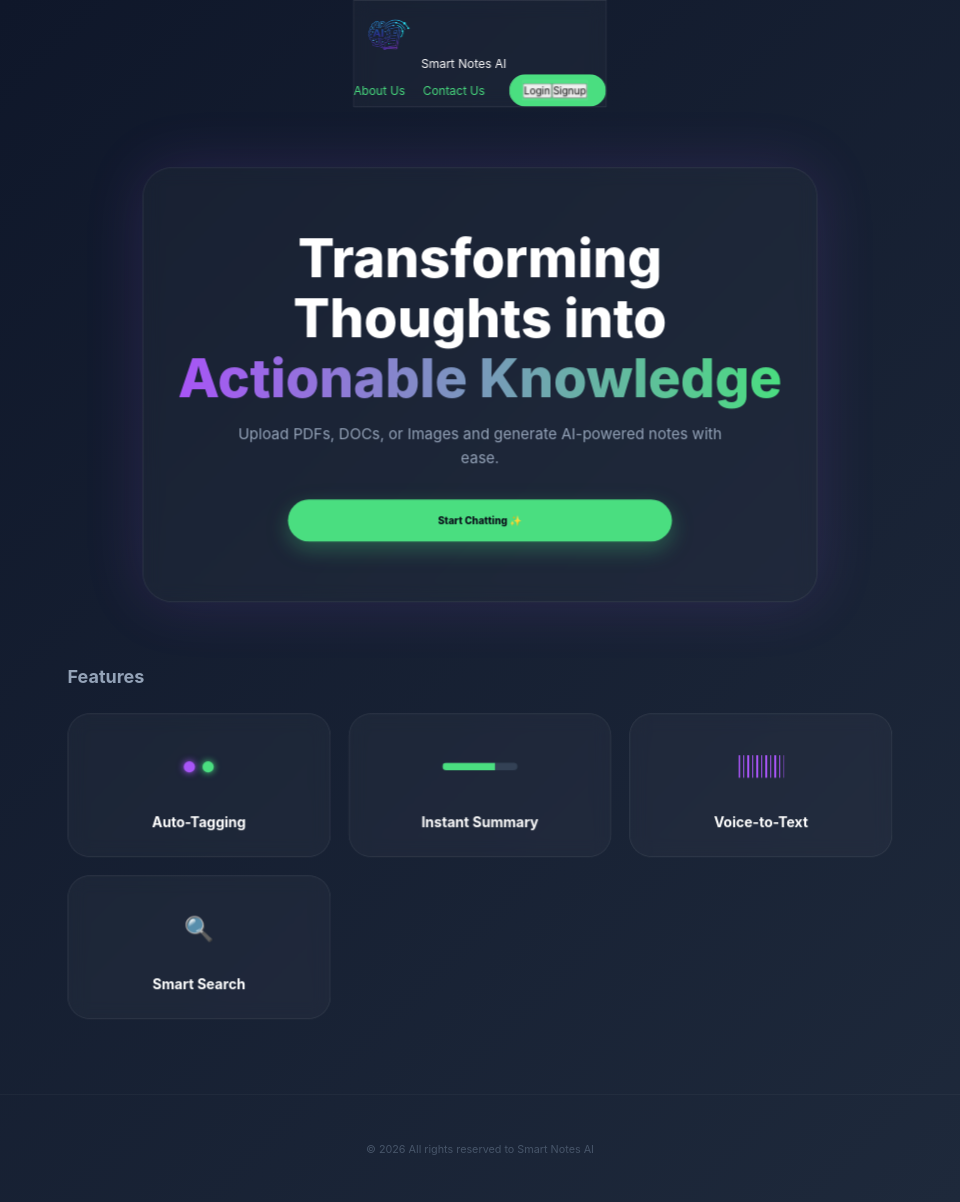
Repository: Nikhilesh-Attal/smart-notes-ai
Page: / (app in frontend/)
These files come from the project's save history. The page is drawn as it stood at one moment and after the next save; the edit follows.
The browser window is 1280 px wide. The pictures show the whole page, at 75% of full size.
The project was rebuilt for these pictures with package versions that can differ from the ones it lists, and the page was loaded fresh each time. Also part of the build but not shown: frontend/vite.config.ts, frontend/src/pages/chat.css, frontend/src/pages/chat.tsx, frontend/src/pages/auth.css, frontend/src/pages/Login.tsx, frontend/src/pages/Signup.tsx, frontend/src/pages/About.tsx.

Above is the page before, as saved 2026-02-24 18:48:23.

After the next save:
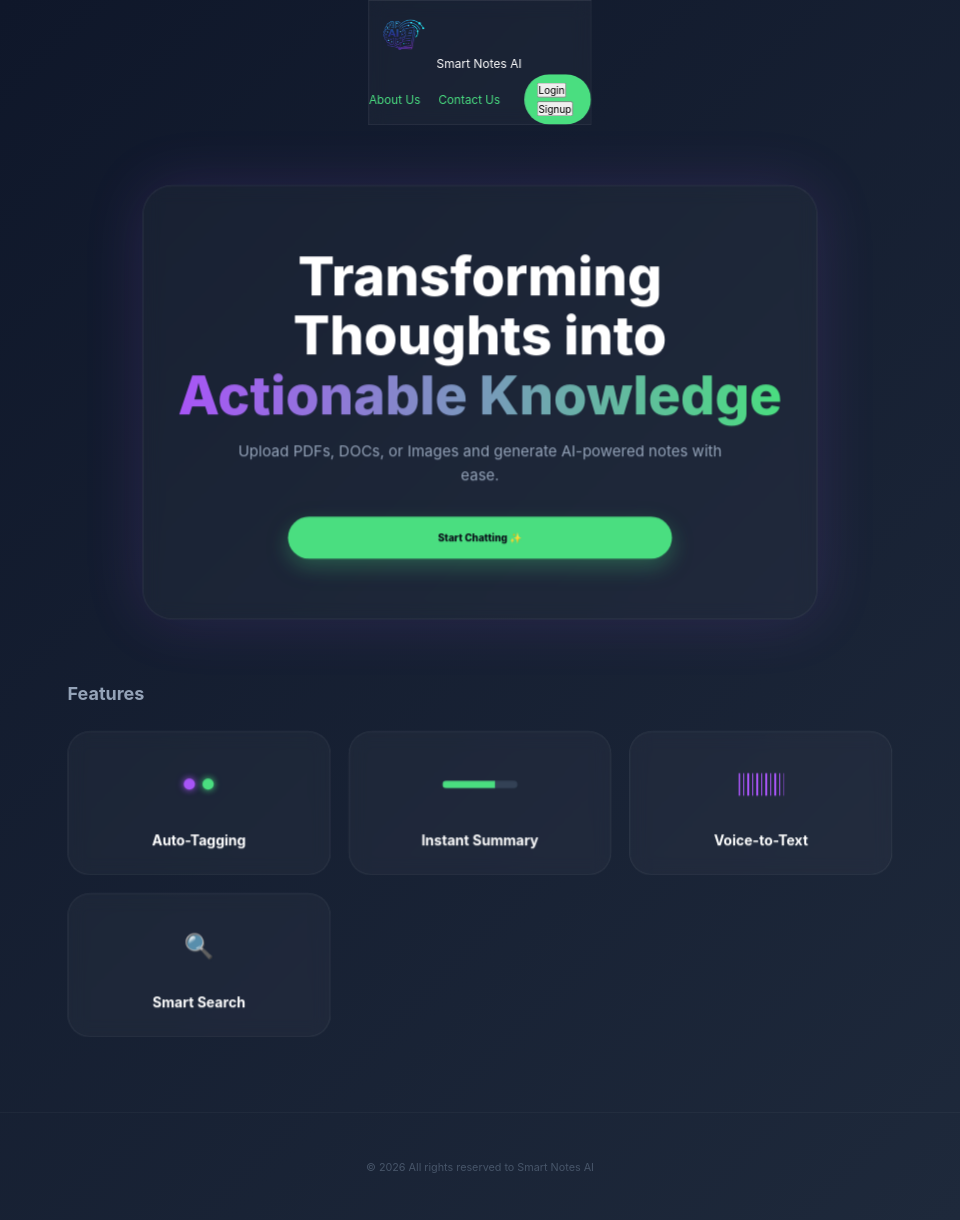
Saved 3 min 30 s later.
--- a/frontend/src/pages/Home.tsx
+++ b/frontend/src/pages/Home.tsx
@@ -23,11 +23,16 @@
           </div>
 
           <div className="header-auth">
-            <div className="auth-toggle glass">
-              <button className="auth-item" onClick={() => navigate("/login")}>Login </button>
-              <button className="auth-item primary-pill" onClick={() => navigate("/signup")}> Signup </button>
-            </div>
-          </div>
+  <div className="auth-pill">
+    <button className="auth-btn" onClick={() => navigate("/login")}>
+      Login
+    </button>
+    <div className="auth-divider"></div>
+    <button className="auth-btn" onClick={() => navigate("/signup")}>
+      Signup
+    </button>
+  </div>
+</div>
         </div>
       </header>
 
